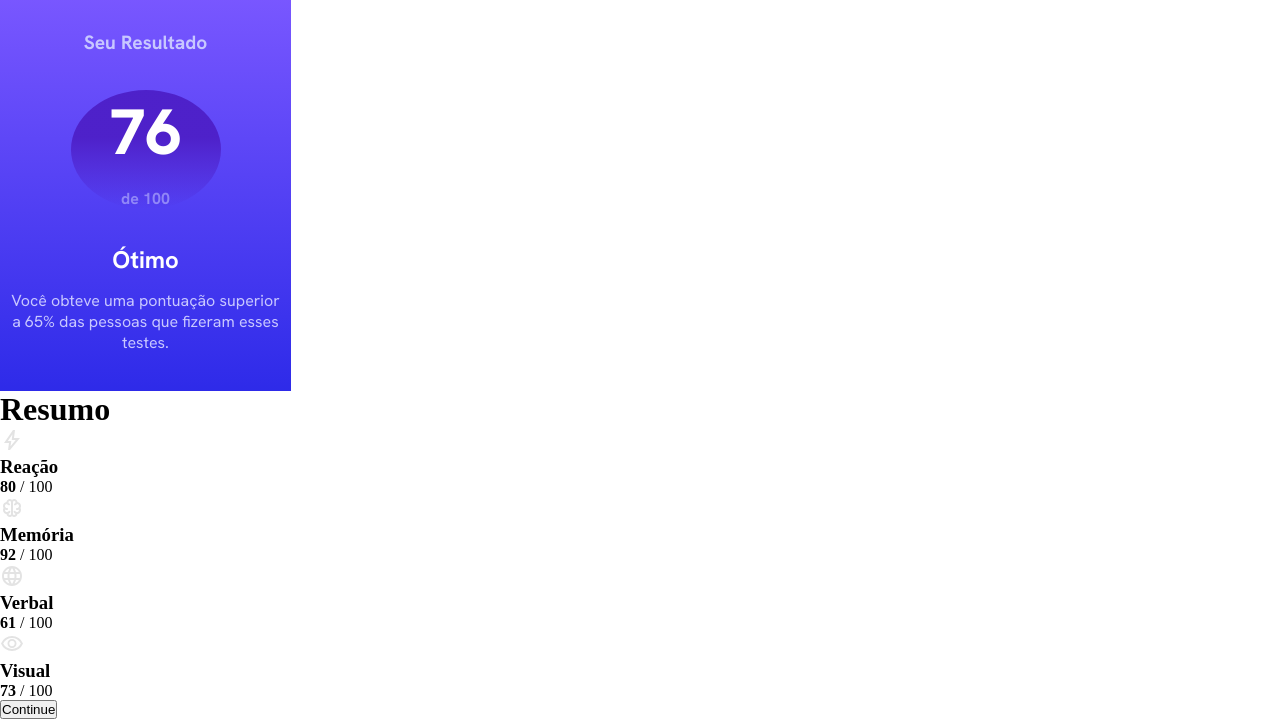
Repository: caique2512/resumo-de-resultados
Page: index.html
These files come from the project's save history. The page is drawn as it stood at one moment and after a run of saves; the edit follows.
The browser window is 1280 px wide. The pictures show the whole page.

Above is the page before, as saved 2026-03-09 16:51:00.

After the next 2 saves:
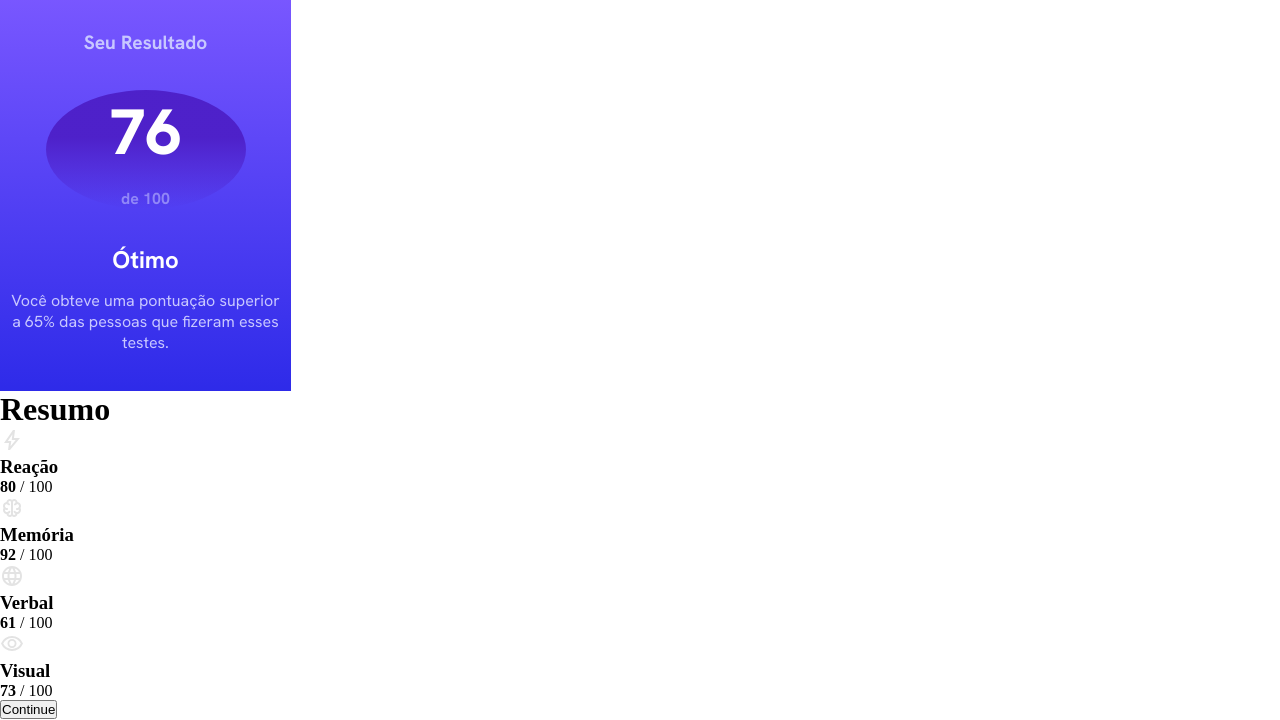
The 2 saves are shown as one change because they came seconds apart.
The last was saved 17 s later.
--- a/src/css/estilos.css
+++ b/src/css/estilos.css
@@ -19,8 +19,8 @@
 
 .circulo {
     background: linear-gradient(hsla(256, 72%, 46%, 1) 40%, hsla(241, 72%, 46%, 0));
-    width: 150px;
-    height: 150px;
+    width: 200px;
+    height: 200px;
     border-radius: 50%;
     display: flex;
     align-items: center;

After the 2 saves that followed:
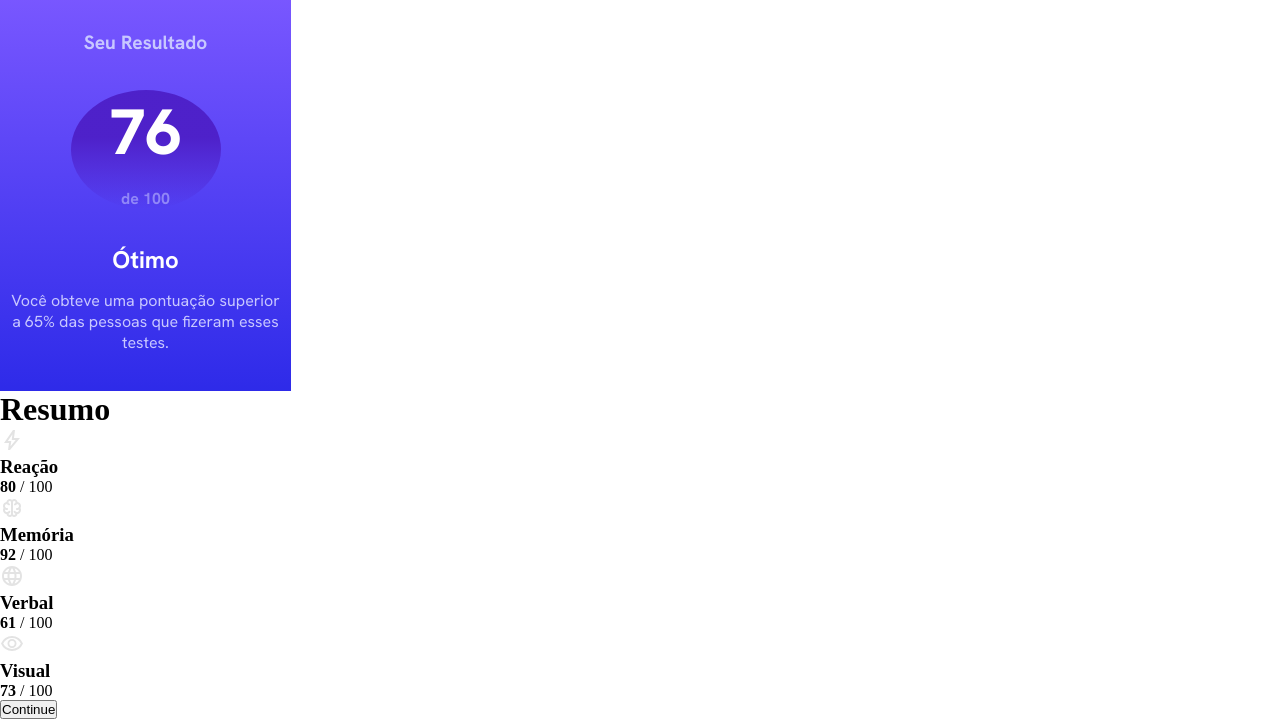
The 2 saves are shown as one change because they came seconds apart.
The last was saved 9 s later.
--- a/src/css/estilos.css
+++ b/src/css/estilos.css
@@ -19,7 +19,7 @@
 
 .circulo {
     background: linear-gradient(hsla(256, 72%, 46%, 1) 40%, hsla(241, 72%, 46%, 0));
-    width: 200px;
+    width: 150px;
     height: 200px;
     border-radius: 50%;
     display: flex;
